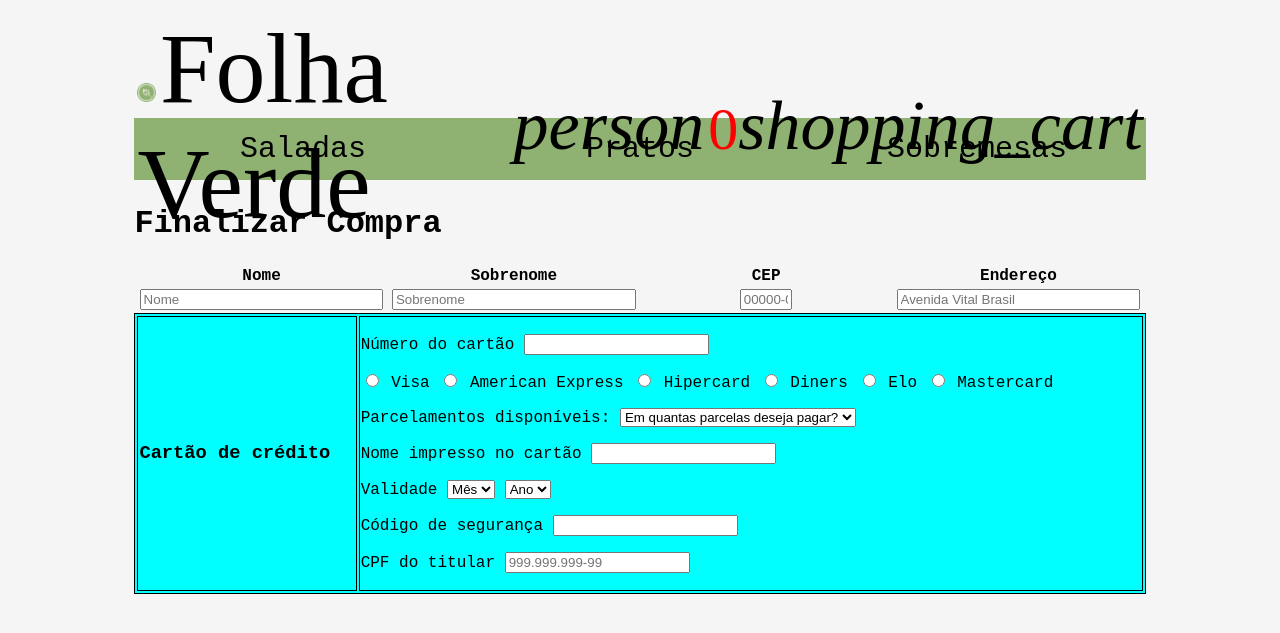
Repository: maaelphd/FolhaVerde
Page: http://localhost/FolhaVerde/Payment.jsp
An editor plug-in stored every save of this project. The page is shown before and after a run of saves, followed by the edit.
The browser window is 1280 px wide. The pictures show the whole page.
Some web fonts or font styles are not loaded; a fallback is used. The page is served by Tomcat 9. Other server files are loaded and not shown.

Above is the page before, as saved 2018-06-04 02:28:53.

### FolhaVerde/WebContent/Payment.jsp
<%@ page language="java" contentType="text/html; charset=UTF-8"
	pageEncoding="UTF-8"%>
<%@ taglib uri="http://java.sun.com/jsp/jstl/core" prefix="c"%>
<!DOCTYPE html>
<html>
<head>
	<meta charset="UTF-8">
	<title>Restaurante Folha Verde - Pagamento</title>

	<link rel="stylesheet" href="${pageContext.request.contextPath}/CSS/Payment.css"/>
</head>
<body>
	<div id="wrapper">
		<c:import url="NavBar.jsp"></c:import>

		<div id="divPageContent">

			<div class="PaymentHeaderContent">
				<h1 class="PaymentText">Finalizar Compra</h1>
			</div>

			<div class="divPaymentDataTable">
				<table class="w3-table PaymentsDataTable">
					<tr>
						<th>
							Nome
						</th>
						<th>
							Sobrenome
						</th>
						<th>
							CEP
						</th>
						<th>
							Endereço
						</th>
					</tr>
					<tr>
						<td class="tdInpUserName">
							<input type="text" id="inpUserName" placeholder="Nome" name="data[userName]">
						</td>
						<td class="tdInpUserLastName">
							<input type="text" id="inpUserLastName" placeholder="Sobrenome" name="data[userLastName]">
						</td>
						<td class="tdInpUserCEPCode">
							<input type="text" min="" id="inpUserCEPCode" placeholder="00000-000" name="data[userCEPCode]">
						</td>
						<td class="tdInpUserAdress">
							<input type="text" min="" id="inpUserAdress" placeholder="Avenida Vital Brasil" name="data[userAdress]">
						</td>
					</tr>
				</table>
			</div>

			<div class="divPaymentChoiceTable">
				<table class="w3-table PaymentsChoiceTable">
					<tr>
						<td>
							<h3>Cartão de crédito</h3>
						</td>
						<td>
							<div class="CardForm">
								<div>
									<p class="PaymentCardNumber input text required">
										<label class="FormFieldLabel " for="creditCardpayment-card-0Number">Número do cartão</label>
										<input type="tel" id="creditCardpayment-card-0Number" class="input-medium  error" name="cardNumber" maxlength="30" value="">
									</p>
									<div class="PaymentCardFlags clearfix form-inline">
										<p class="card-flags active">
											<label class="radio card-flag-label" for="creditCardselectedCard0cc-0" title="Visa">
												<input type="radio" class="card-flag-radio" id="creditCardselectedCard0cc-0" name="creditCardselectedCardFlag-0" tabindex="-1" value="2">
												<span class="card-flag Visa ">Visa</span>
											</label>
											<label class="radio card-flag-label" for="creditCardselectedCard1cc-0" title="American Express">
												<input type="radio" class="card-flag-radio" id="creditCardselectedCard1cc-0" name="creditCardselectedCardFlag-0" tabindex="-1" value="1">
												<span class="card-flag American Express ">American Express</span>
											</label>
											<label class="radio card-flag-label" for="creditCardselectedCard2cc-0" title="Hipercard">
												<input type="radio" class="card-flag-radio" id="creditCardselectedCard2cc-0" name="creditCardselectedCardFlag-0" tabindex="-1" value="8">
												<span class="card-flag Hipercard ">Hipercard</span>
											</label>
											<label class="radio card-flag-label" for="creditCardselectedCard3cc-0" title="Diners">
												<input type="radio" class="card-flag-radio" id="creditCardselectedCard3cc-0" name="creditCardselectedCardFlag-0" tabindex="-1" value="3">
												<span class="card-flag Diners card-selected">Diners</span>
											</label>
											<label class="radio card-flag-label" for="creditCardselectedCard4cc-0" title="Elo">
												<input type="radio" class="card-flag-radio" id="creditCardselectedCard4cc-0" name="creditCardselectedCardFlag-0" tabindex="-1" value="9">
												<span class="card-flag Elo ">Elo</span>
											</label>
											<label class="radio card-flag-label" for="creditCardselectedCard5cc-0" title="Mastercard">
												<input type="radio" class="card-flag-radio" id="creditCardselectedCard5cc-0" name="creditCardselectedCardFlag-0" tabindex="-1" value="4">
												<span class="card-flag Mastercard ">Mastercard</span>
											</label>
										</p>
									</div>
								</div>
								<div class="PaymentInstallments ">
									<p class="select required">
										<label class="FormFieldLabel hide" for="creditCardpayment-card-0Brand">Parcelamentos disponíveis:</label>
										<select class="input-xlarge " id="creditCardpayment-card-0Brand">
											<option value="">Em quantas parcelas deseja pagar?</option>
											<option value="1">1x-</option>
											<option value="2">2x-</option>
											<option value="2">3x-</option>
											<option value="2">4x-</option>
											<optgroup label=""></optgroup>
										</select>
									</p>
								</div>
								<div>
									<p class="PaymentCardHolderName">
										<label class="FormFieldLabel " for="creditCardpayment-card-0Name">Nome impresso no cartão</label>
										<input type="text" class="input-medium  " id="creditCardpayment-card-0Name" name="ccName" value="">
									</p>
									<div class="PaymentCardDueDate clearfix">
										<p class="payment-card-due-month input text required">
											<label class="FormFieldLabel pull-left" for="creditCardpayment-card-0Month">Validade</label>
											<select class="input-mini " id="creditCardpayment-card-0Month" name="cardExpirationMonth">
												<option value="">Mês</option>
												<option value="01">01</option>
												<option value="02">02</option>
												<option value="03">03</option>
												<option value="04">04</option>
												<option value="05">05</option>
												<option value="06">06</option>
												<option value="07">07</option>
												<option value="08">08</option>
												<option value="09">09</option>
												<option value="10">10</option>
												<option value="11">11</option>
												<option value="12">12</option>
											</select>


											<select class="input-mini " id="creditCardpayment-card-0Year" name="cardExpirationYear">
												<option value="">Ano</option>
												<option value="18">18</option>
												<option value="19">19</option>
												<option value="20">20</option>
												<option value="21">21</option>
												<option value="22">22</option>
												<option value="23">23</option>
												<option value="24">24</option>
												<option value="25">25</option>
												<option value="26">26</option>
												<option value="27">27</option>
												<option value="28">28</option>
												<option value="29">29</option>
												<option value="30">30</option>
												<option value="31">31</option>
												<option value="32">32</option>
												<option value="33">33</option>
												<option value="34">34</option>
												<option value="35">35</option>
												<option value="36">36</option>
												<option value="37">37</option>
												<option value="38">38</option>
												<option value="39">39</option>
												<option value="40">40</option>
											</select>

										</p>
									</div>
								</div>
								<p class="PaymentCardCVV input text required">
									<label class="FormFieldLabel " for="creditCardpayment-card-0Code">Código de segurança</label>
									<input type="tel" id="creditCardpayment-card-0Code" class="input-mini   " maxlength="3" value="">
								</p>
								<p class="PaymentCardHolderDocument input text required mask">
									<label class="FormFieldLabel " for="holder-document-0">CPF do titular</label>
									<input type="tel" id="holder-document-0" class="input-small  " value="" placeholder="999.999.999-99">
								</p>
							</div>
						</td>
					</tr>
				</table>
			</div>
		</div>

	</div>
</body>
<footer></footer>
<script>
</script>
</html>

### FolhaVerde/WebContent/NavBar.jsp
<%@ page language="java" contentType="text/html; charset=UTF-8"	pageEncoding="UTF-8"%>
<%@ taglib uri="http://java.sun.com/jsp/jstl/core" prefix="c"%>
<!DOCTYPE html>
	 <meta charset="UTF-8">

 	<link href="https://fonts.googleapis.com/icon?family=Material+Icons" rel="stylesheet">
	<link rel="stylesheet" href="${pageContext.request.contextPath}/CSS/Pages.css"/>
	<link rel="stylesheet" href="${pageContext.request.contextPath}/CSS/NavBar.css"/>
	<link rel="stylesheet" href="${pageContext.request.contextPath}/CSS/RobotoFonts.css" type="text/css">
	<link rel="stylesheet" href="${pageContext.request.contextPath}/CSS/IndieFlower.css" type="text/css">

	<div class="LogoHeader">
		<table class="w3-table TopBarTable">
			<tr>
				<td>
					<div class="LogoImg">
						<a href="index.jsp"><img src="${pageContext.request.contextPath}/imgs/LOGO.png"> <span class="NomeEmpresaLogo"> Folha Verde </span></a>
					</div>
				</td>
				<td id="PersonIcoCol">
					<i class="material-icons" id="PersonIco">person</i>
				</td>
				<td id="shoppingCartIcoCol">
					<span class="ItensCountNumber">0</span><i class="material-icons" id="shoppingCartIco">shopping_cart</i>
				</td>
			</tr>
		</table>
	</div>

	<nav>
		<ul class="horizontal">
			<li><a href="#home" class="SaladTab">Saladas</a></li>
			<li><a href="#news" class="PlateTab">Pratos</a></li>
			<li><a href="#contact" class="DessertTab">Sobremesas</a></li>
		</ul>
	</nav>

	<!-- JQUERY & BOOTSTRAP  -->

	<!-- jQuery Reference -->
	<!-- <script src="${pageContext.request.contextPath}/jquery-ui/jquery-ui.min.js"></script> -->
	<script src="${pageContext.request.contextPath}/jquery-ui/jquery-3.3.1.min.js"></script>
	<script src="https://cdnjs.cloudflare.com/ajax/libs/jquery.mask/1.14.10/jquery.mask.js"></script>


	<script src="https://maxcdn.bootstrapcdn.com/bootstrap/3.3.7/js/bootstrap.min.js"></script>

	<script>
	$(document).ready(function () {

	  	$(".nav a").on("click", function(){
	  	   $(".nav").find(".active").removeClass("active");
	  	   $(this).parent().addClass("active");
	  	});

	});
	//# sourceURL=pen.js
	</script>

### FolhaVerde/WebContent/CSS/Payment.css
body {
	font-family: 'Roboto Mono', monospace;
}

.w3-content.w3-section
{
	align-items: center;
	margin: 0 auto;
	width: 100%;
	height: 100%;
}

.divPaymentChoiceTable,
.divPaymentDataTable {
	width: 80%;;
	margin: 0 auto;
}

.PaymentsChoiceTable,
.PaymentsDataTable {
	width: 100%;;
	margin: 0 auto;
	text-align: center;
}

.PaymentHeaderContent {
	width: 80%;;
	margin: 0 auto;
	text-align: left;
}

.tdInpUserName input, .tdInpUserLastName input,
.tdInpUserAdress input {
	width: 95%;
}

.tdInpUserCEPCode input {
	width: 18%;
}

.PaymentsChoiceTable {
	background-color: aqua;
}

.PaymentsChoiceTable,
.PaymentsChoiceTable td,
.PaymentsChoiceTable tr {
	border: 1px solid black;
}

.PaymentsChoiceTable td {
	text-align: left;
}

### FolhaVerde/WebContent/CSS/Pages.css
html, body {
	background-color: #f5f5f5;
	font-family: 'Roboto Mono', monospace;
}

#divPageContent
{
	display: block;
	margin-top: 2%;
}

.TopBar {
	border: 1px solid black;
}

### FolhaVerde/WebContent/CSS/NavBar.css
nav {
	width: 80%;
	text-align: center;
	margin: 0% auto;
}

ul {
    list-style-type: none;
    margin: 0;
    padding: 0;
    overflow: hidden;
    background-color: #8FB171;
}

li {
    float: left;
    width: 33.33333%;
}

li a {
    display: block;
    color: white;
    text-align: center;
    padding: 14px 16px;
    text-decoration: none;
}

li a.SaladTab,
li a.PlateTab,
li a.DessertTab {
    font-size: 30px;
}

/* Change the link color to #111 (black) on hover */
li a:hover {
    background-color: #badd9b;
}

a:link {
	color: inherit;
	text-decoration: none;
}

.LogoHeader
{
	width: 80%;
	height: 110px;
	text-align: left;
	margin: 0% auto;
	font-family: 'Indie Flower', cursive;
}

.LogoImg img
{
	width: 5%;
	height: 5%;
}

.NomeEmpresaLogo {
	font-size: 100px;
	font-family:
}

#shoppingCartIco,
#PersonIco {
	font-size: 70px;
}

.TopBarTable{
	width: 100%;
}

.ItensCountNumber {
	font-size: 60px;
	color: #ff0000;
	font-family: 'Indie Flower', cursive;
}

.SaladTab.active, .PlateTab.active, .DessertTab.active{
	background-color: #badd9b;
}

### FolhaVerde/WebContent/CSS/RobotoFonts.css
/* cyrillic-ext */
@font-face {
  font-family: 'Roboto Mono';
  font-style: normal;
  font-weight: 400;
  src: local('Roboto Mono'), local('RobotoMono-Regular'), url(https://fonts.gstatic.com/s/robotomono/v5/L0x5DF4xlVMF-BfR8bXMIjhGq3-OXg.woff2) format('woff2');
  unicode-range: U+0460-052F, U+1C80-1C88, U+20B4, U+2DE0-2DFF, U+A640-A69F, U+FE2E-FE2F;
}
/* cyrillic */
@font-face {
  font-family: 'Roboto Mono';
  font-style: normal;
  font-weight: 400;
  src: local('Roboto Mono'), local('RobotoMono-Regular'), url(https://fonts.gstatic.com/s/robotomono/v5/L0x5DF4xlVMF-BfR8bXMIjhPq3-OXg.woff2) format('woff2');
  unicode-range: U+0400-045F, U+0490-0491, U+04B0-04B1, U+2116;
}
/* greek-ext */
@font-face {
  font-family: 'Roboto Mono';
  font-style: normal;
  font-weight: 400;
  src: local('Roboto Mono'), local('RobotoMono-Regular'), url(https://fonts.gstatic.com/s/robotomono/v5/L0x5DF4xlVMF-BfR8bXMIjhHq3-OXg.woff2) format('woff2');
  unicode-range: U+1F00-1FFF;
}
/* greek */
@font-face {
  font-family: 'Roboto Mono';
  font-style: normal;
  font-weight: 400;
  src: local('Roboto Mono'), local('RobotoMono-Regular'), url(https://fonts.gstatic.com/s/robotomono/v5/L0x5DF4xlVMF-BfR8bXMIjhIq3-OXg.woff2) format('woff2');
  unicode-range: U+0370-03FF;
}
/* vietnamese */
@font-face {
  font-family: 'Roboto Mono';
  font-style: normal;
  font-weight: 400;
  src: local('Roboto Mono'), local('RobotoMono-Regular'), url(https://fonts.gstatic.com/s/robotomono/v5/L0x5DF4xlVMF-BfR8bXMIjhEq3-OXg.woff2) format('woff2');
  unicode-range: U+0102-0103, U+0110-0111, U+1EA0-1EF9, U+20AB;
}
/* latin-ext */
@font-face {
  font-family: 'Roboto Mono';
  font-style: normal;
  font-weight: 400;
  src: local('Roboto Mono'), local('RobotoMono-Regular'), url(https://fonts.gstatic.com/s/robotomono/v5/L0x5DF4xlVMF-BfR8bXMIjhFq3-OXg.woff2) format('woff2');
  unicode-range: U+0100-024F, U+0259, U+1E00-1EFF, U+2020, U+20A0-20AB, U+20AD-20CF, U+2113, U+2C60-2C7F, U+A720-A7FF;
}
/* latin */
@font-face {
  font-family: 'Roboto Mono';
  font-style: normal;
  font-weight: 400;
  src: local('Roboto Mono'), local('RobotoMono-Regular'), url(https://fonts.gstatic.com/s/robotomono/v5/L0x5DF4xlVMF-BfR8bXMIjhLq38.woff2) format('woff2');
  unicode-range: U+0000-00FF, U+0131, U+0152-0153, U+02BB-02BC, U+02C6, U+02DA, U+02DC, U+2000-206F, U+2074, U+20AC, U+2122, U+2191, U+2193, U+2212, U+2215, U+FEFF, U+FFFD;
}

### FolhaVerde/WebContent/CSS/IndieFlower.css
/* latin */
@font-face {
  font-family: 'Indie Flower';
  font-style: normal;
  font-weight: 400;
  src: local('Indie Flower'), local('IndieFlower'), url(https://fonts.gstatic.com/s/indieflower/v9/m8JVjfNVeKWVnh3QMuKkFcZVaUuH.woff2) format('woff2');
  unicode-range: U+0000-00FF, U+0131, U+0152-0153, U+02BB-02BC, U+02C6, U+02DA, U+02DC, U+2000-206F, U+2074, U+20AC, U+2122, U+2191, U+2193, U+2212, U+2215, U+FEFF, U+FFFD;
}

Loaded but not shown: FolhaVerde/WebContent/jquery-ui/jquery-3.3.1.min.js (library)

After the next 2 saves:
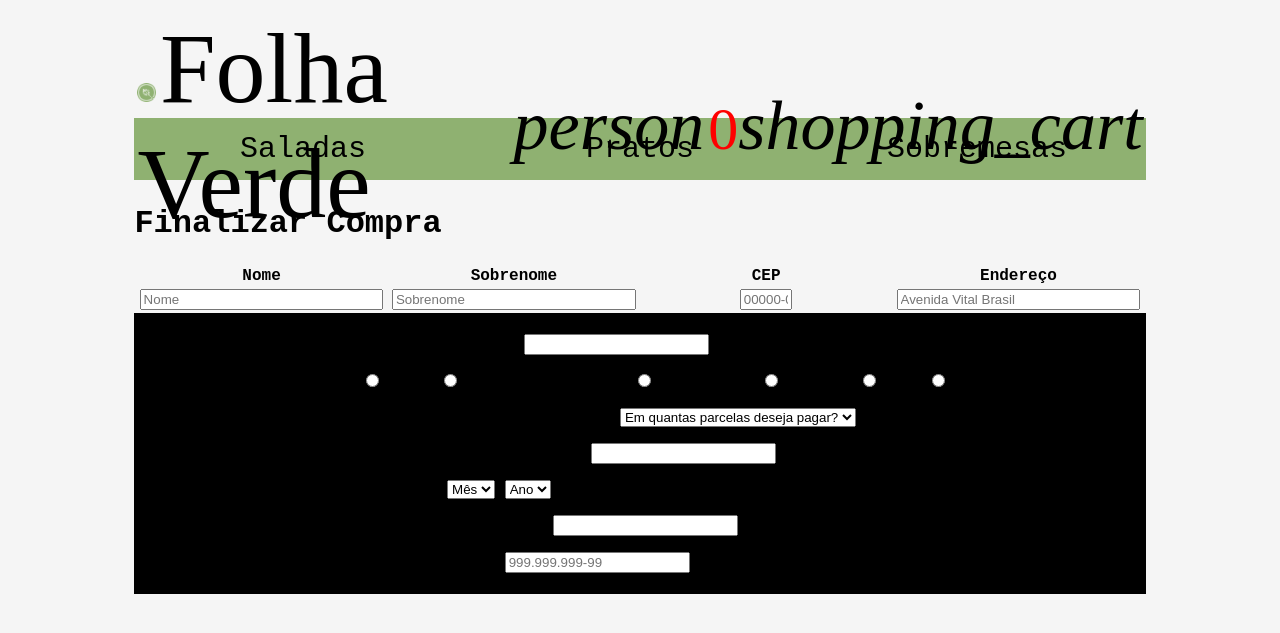
The 2 saves are shown as one change because they came seconds apart.
The last was saved 7 s later.
--- a/FolhaVerde/WebContent/CSS/Payment.css
+++ b/FolhaVerde/WebContent/CSS/Payment.css
@@ -39,7 +39,7 @@ body {
 }
 
 .PaymentsChoiceTable {
-	background-color: aqua;
+	background-color: #000;
 }
 
 .PaymentsChoiceTable,
